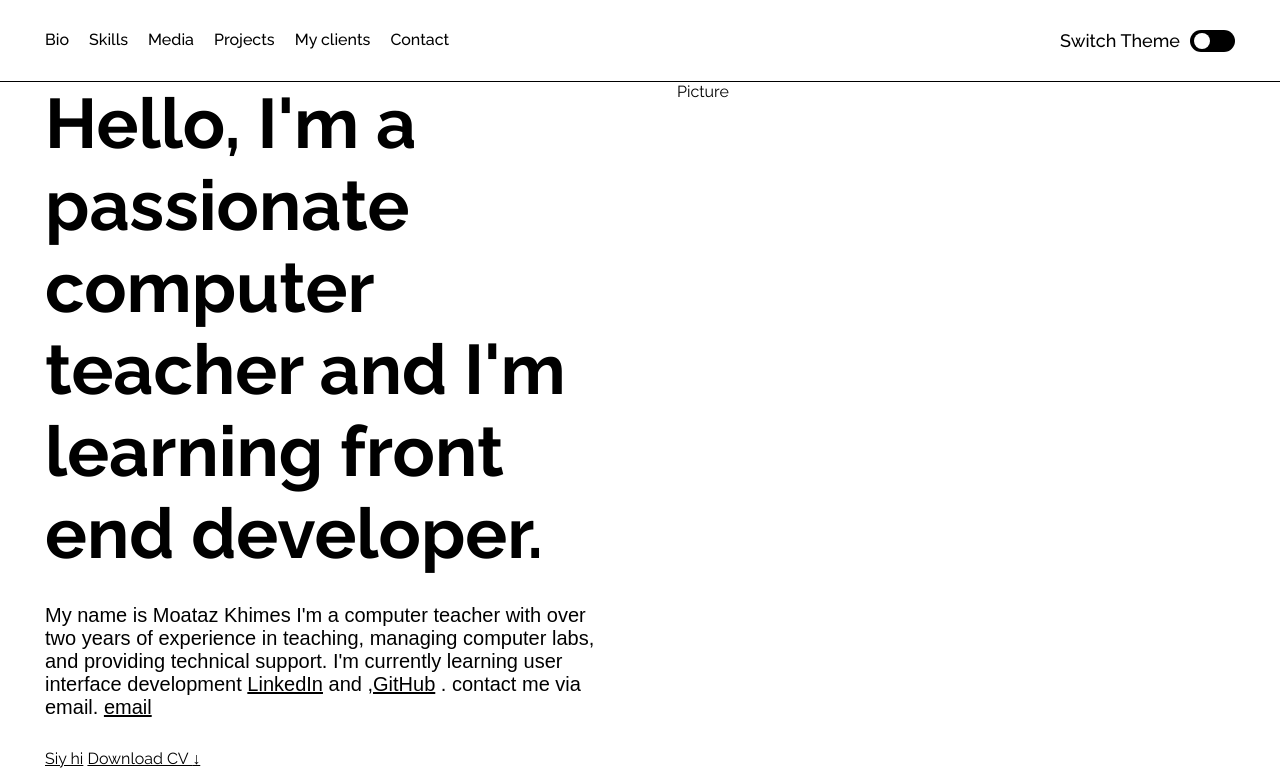
Repository: moataz305G/Personal-website
Page: index.html
An editor plug-in stored every save of this project. The page is shown before and after the next save, followed by the edit.
The browser window is 1280 px wide. The pictures show the whole page.

Above is the page before, as saved 2025-12-12 21:10:09.

After the next save:
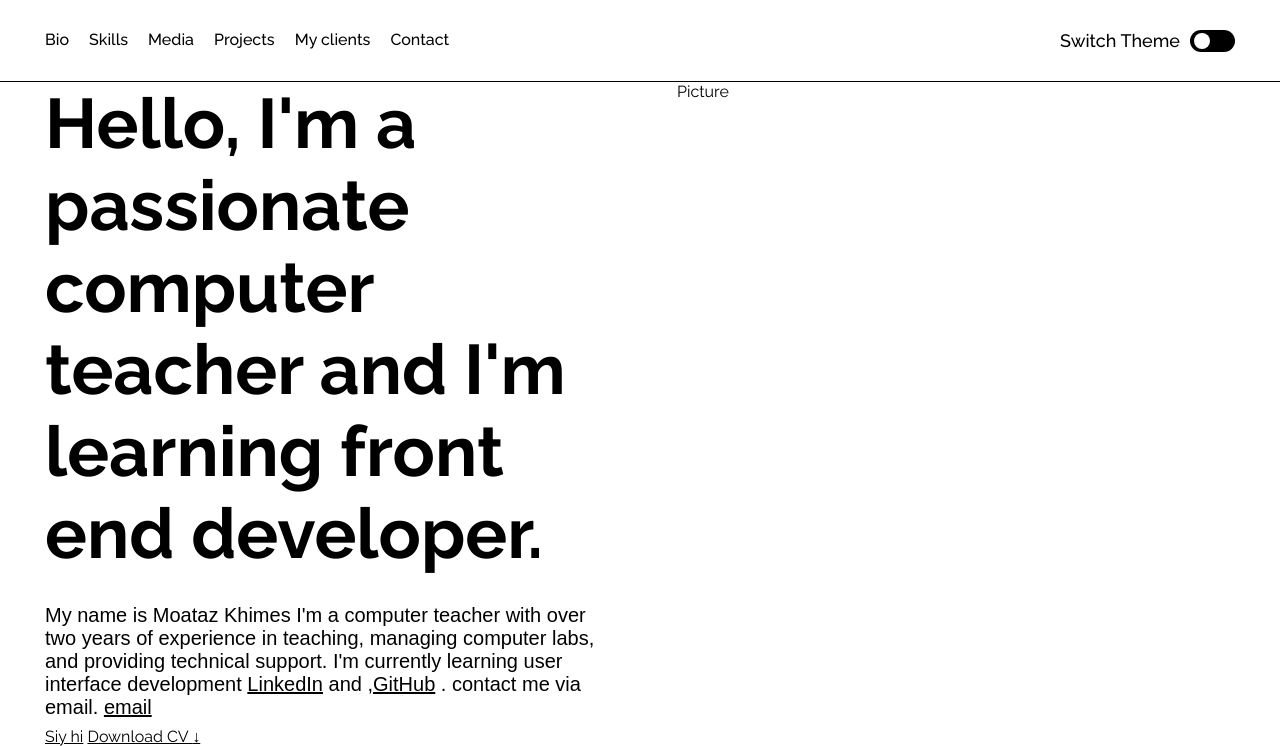
Saved 16 s later.
--- a/Style.css
+++ b/Style.css
@@ -184,5 +184,5 @@ header {
   font-family: var(--font-family-poppins);
   font-weight: var(--font-weight-regular);
   font-size: var(--font-size-20);
-  margin: 3rem 0;
+  margin: 3rem 0 0.8rem;
 }
